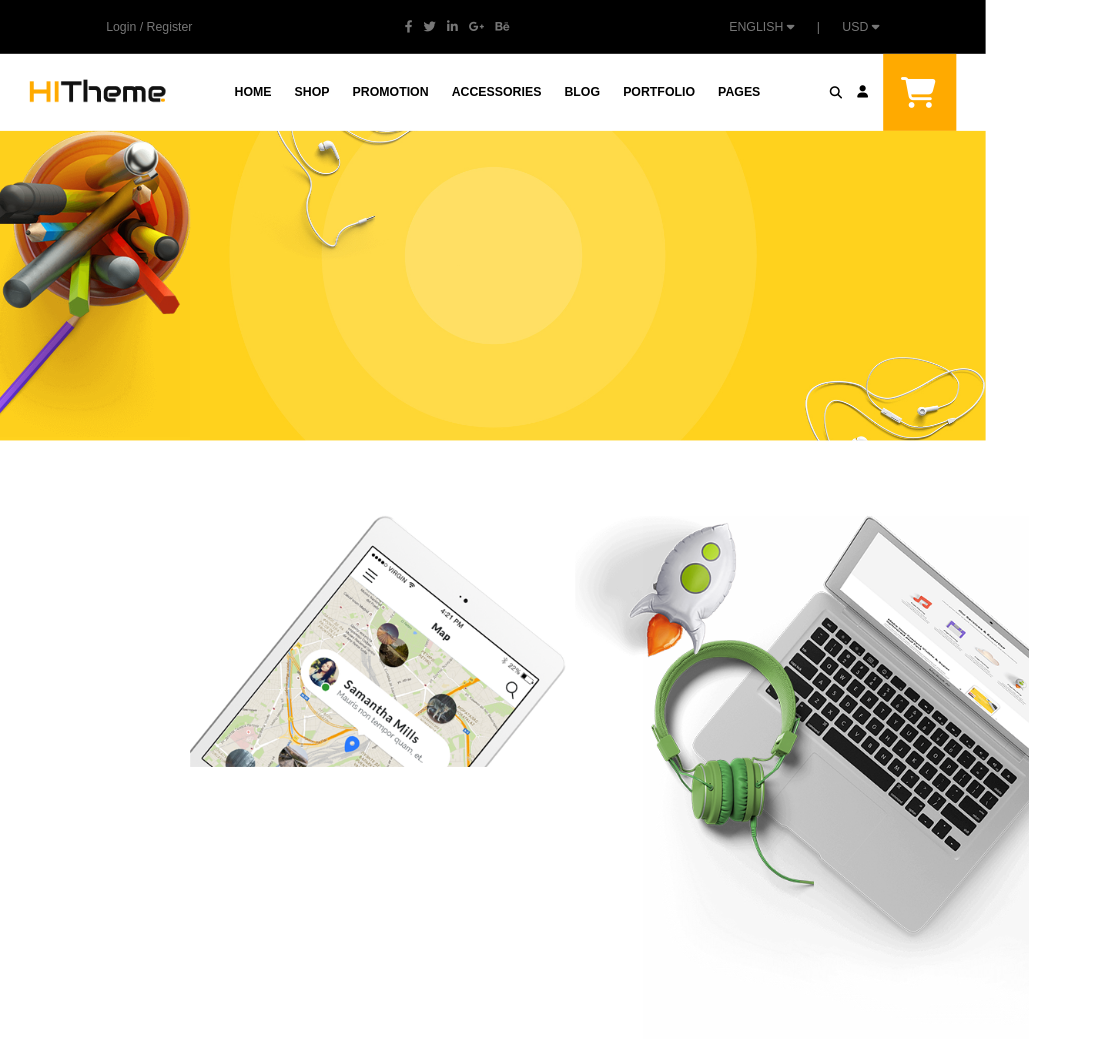
Repository: Thach1311/DU-AN-WEB-BAN-HANG-
Page: index1.html
These files come from the project's save history. The page is drawn as it stood at one moment and after the next save; the edit follows.
The browser window is 1280 px wide. The page is 1337 px wide, then 1437 px, so the pictures cover 1437 px, including what lies to the right of the window. The pictures show the whole page, at 77% of full size.

Above is the page before, as saved 2023-02-23 17:32:04.

After the next save:
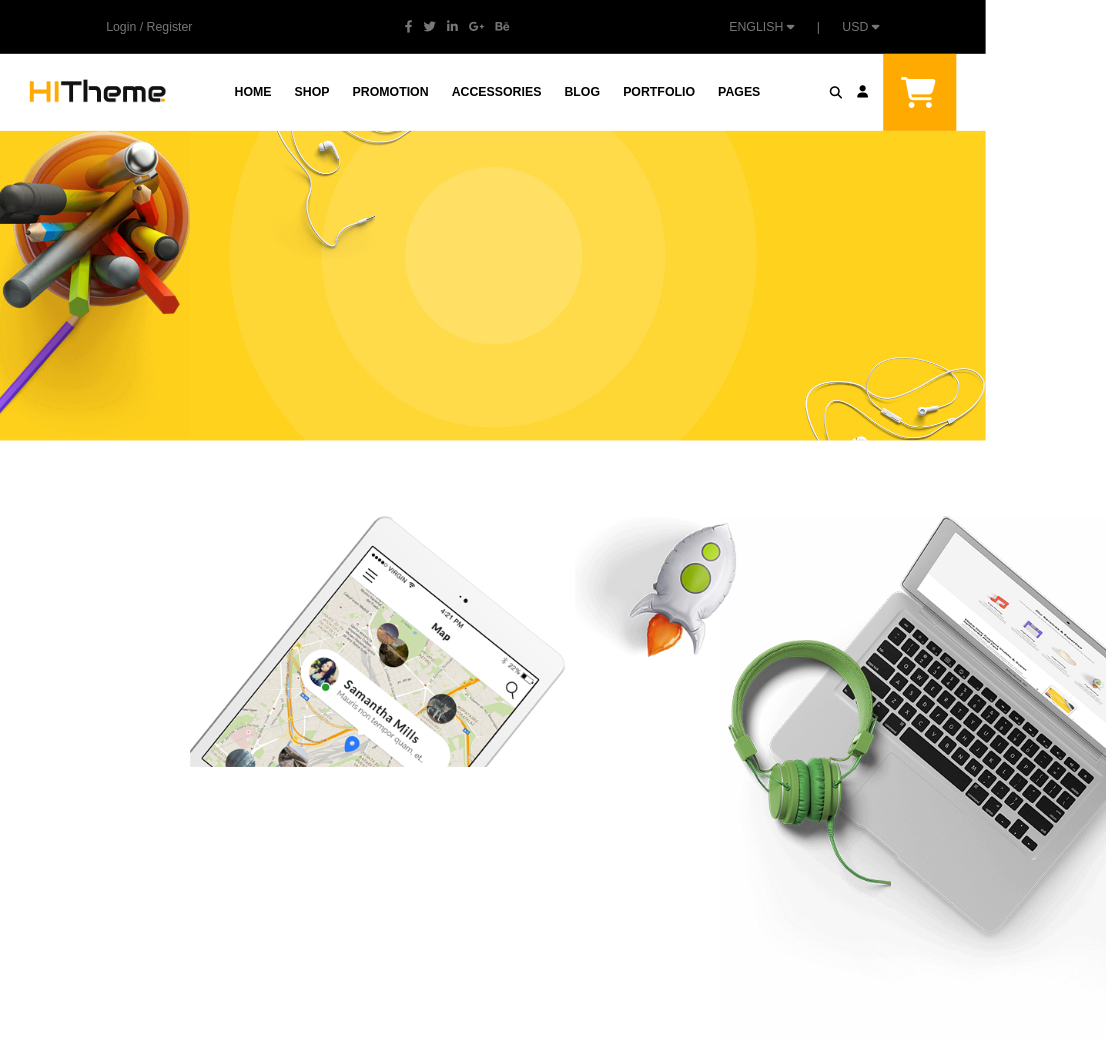
Saved 8 s later.
--- a/CSS/style1.css
+++ b/CSS/style1.css
@@ -627,7 +627,7 @@
 .slide__bgMain-item3{
     position: absolute;
     margin-top: 500px;
-    margin-left:  500px;
+    margin-left:  600px;
 }
 .slide__bgMain-item4{
     position: absolute;
